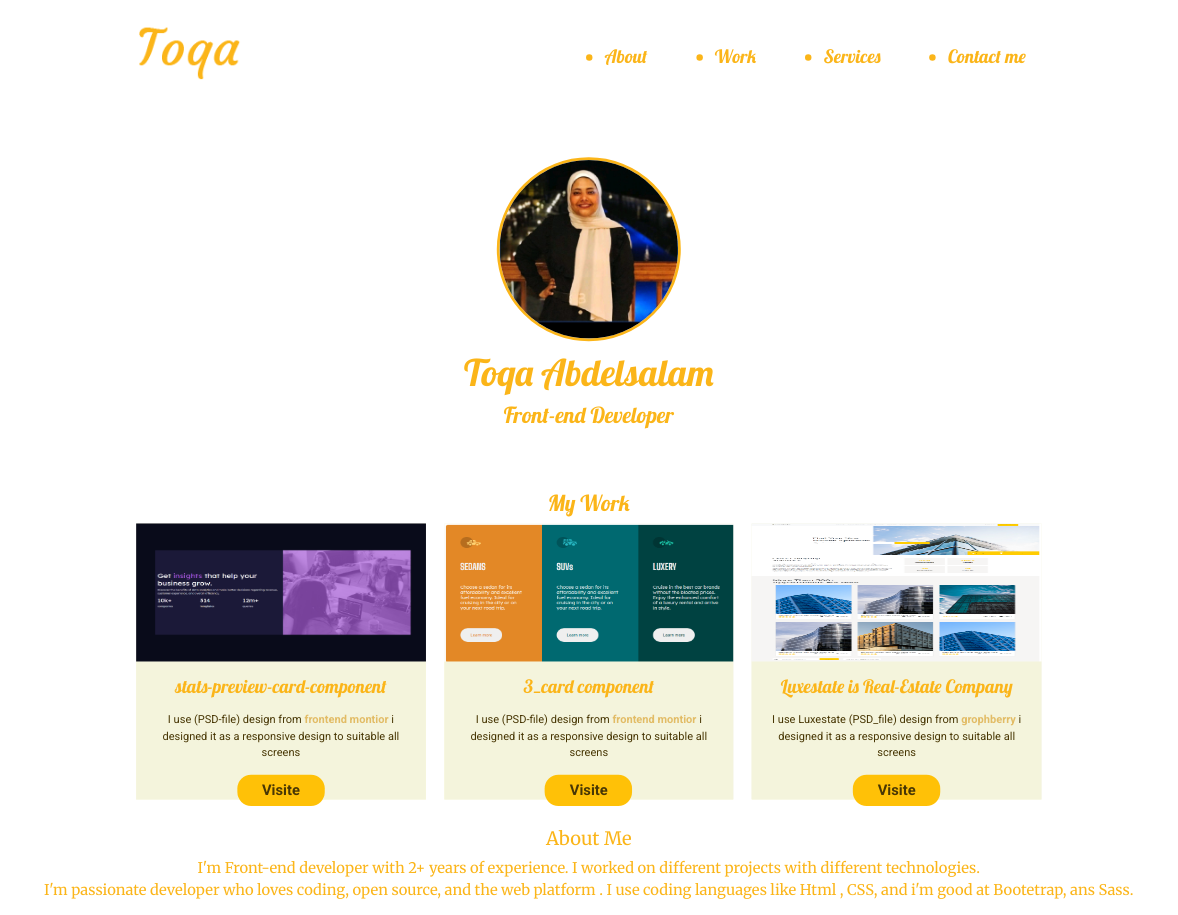
Repository: Toqa-25/portfolio
Page: index.html
These files come from the project's save history. The page is drawn as it stood at one moment and after the next save; the edit follows.
The browser window is 1280 px wide. The pictures show the whole page, at 92% of full size.
Some web fonts or font styles are not loaded; a fallback is used.

Above is the page before, as saved 2021-11-01 00:28:48.

After the next save:
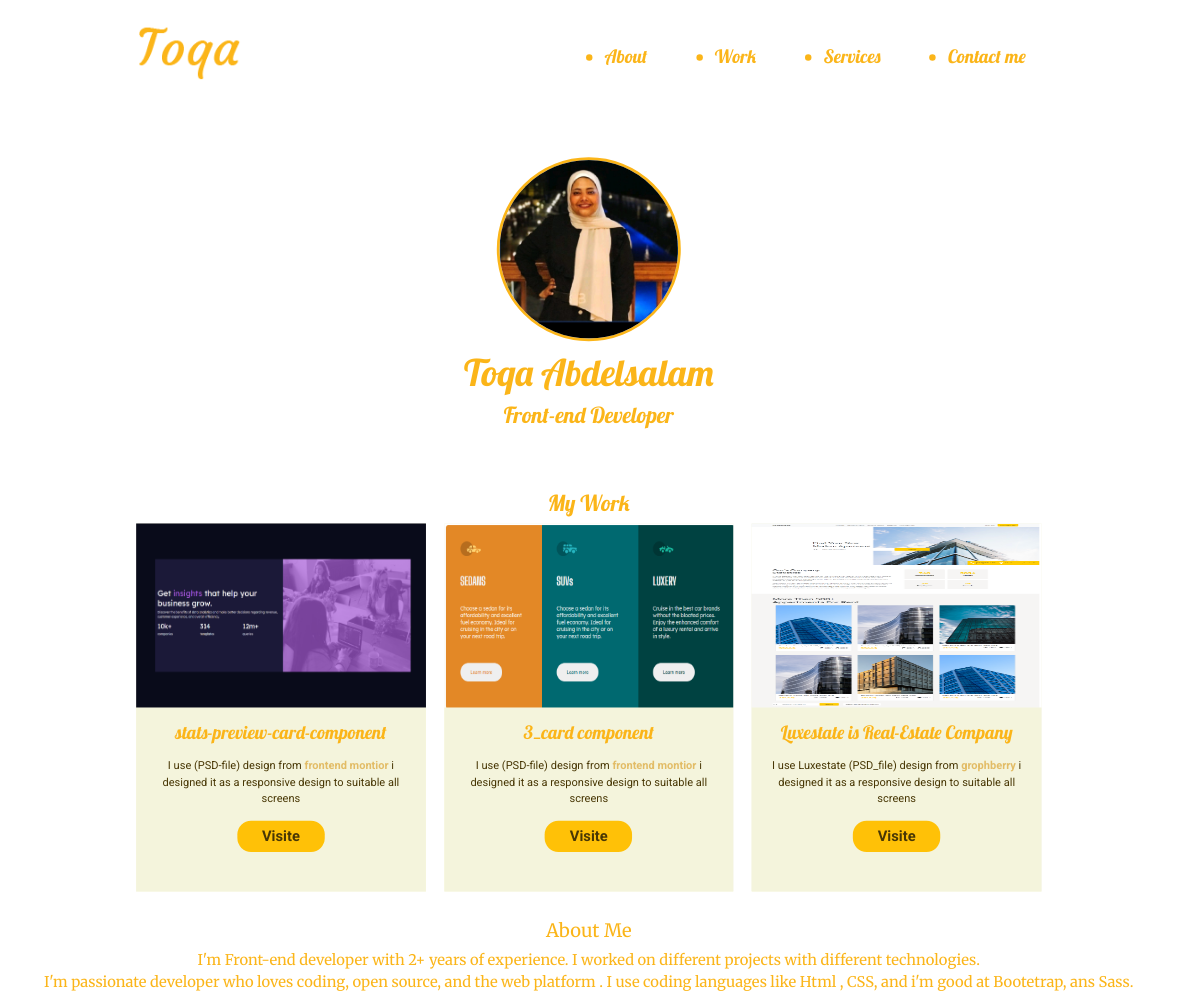
Saved 17 s later.
--- a/css/style.css
+++ b/css/style.css
@@ -154,7 +154,7 @@ font-family: 'Roboto', sans-serif;
  .work-content{
     display: grid;
     grid-template-columns:repeat(3,1fr);
-    grid-template-rows: 300px;
+    grid-template-rows: 400px;
     gap:20px;
  }
  .work .work-head{
